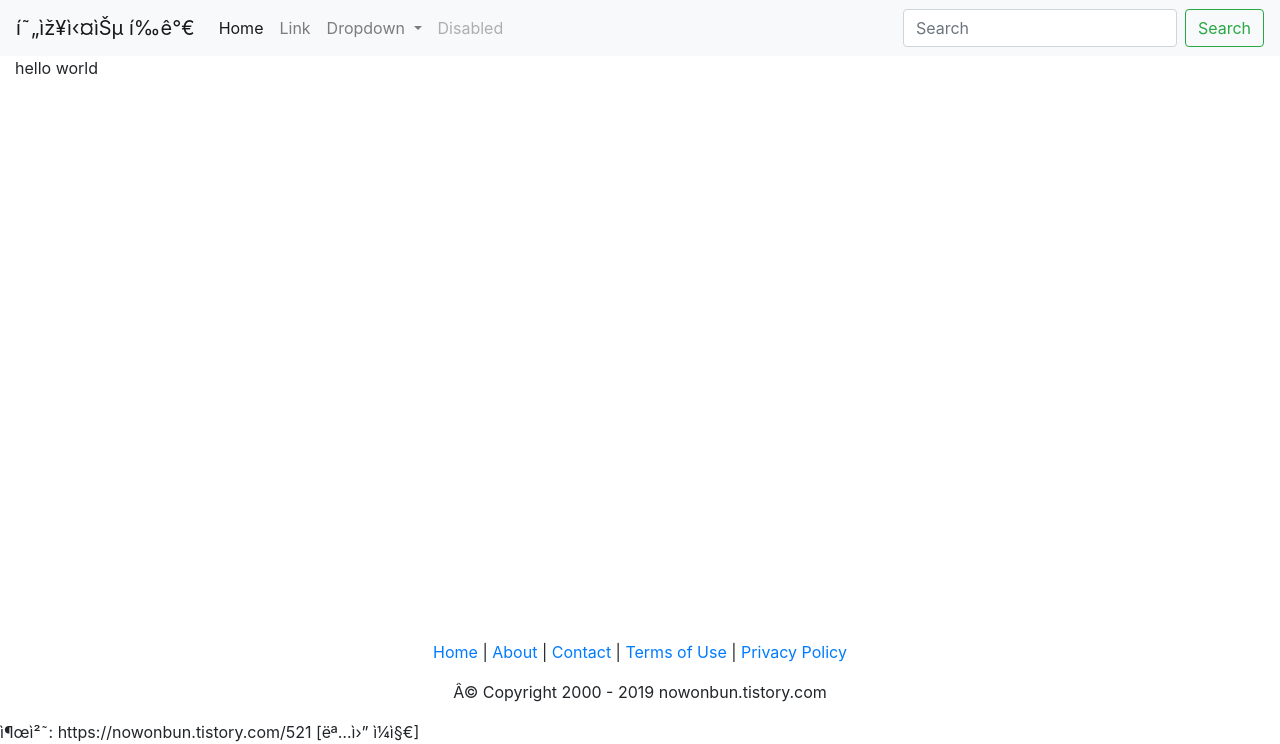
Repository: monho/studentenquete
Page: http://localhost/bsksproject/
An editor plug-in stored every save of this project. The page is shown before and after the next save, followed by the edit.
The browser window is 1280 px wide. The pictures show the whole page.
The page is served by Tomcat 9.

Above is the page before, as saved 2021-10-08 02:48:18.

After the next save:
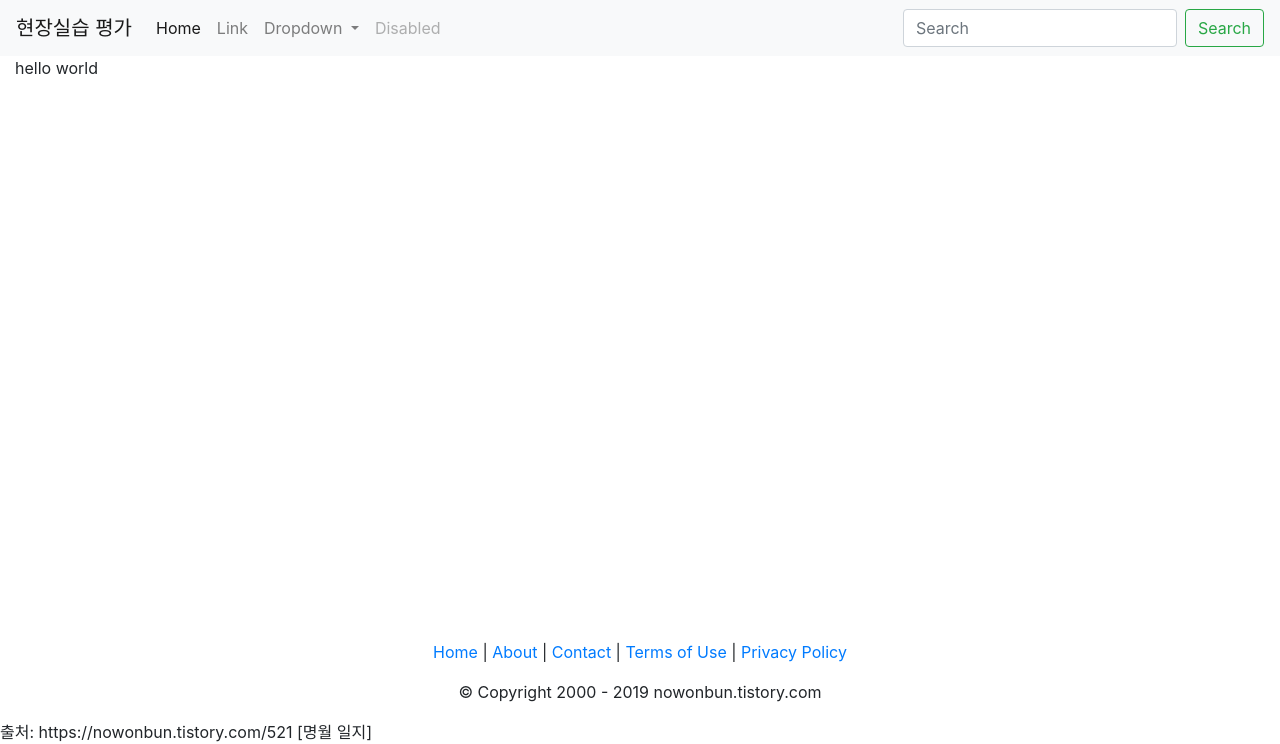
Saved 29 min 41 s later.
--- a/bskspro/bsksproject/src/main/webapp/index.jsp
+++ b/bskspro/bsksproject/src/main/webapp/index.jsp
@@ -1,3 +1,5 @@
+<%@ page language="java" contentType="text/html; charset=utf-8" pageEncoding="utf-8"%>
+
 <!doctype html>
 <html>
 <head>
